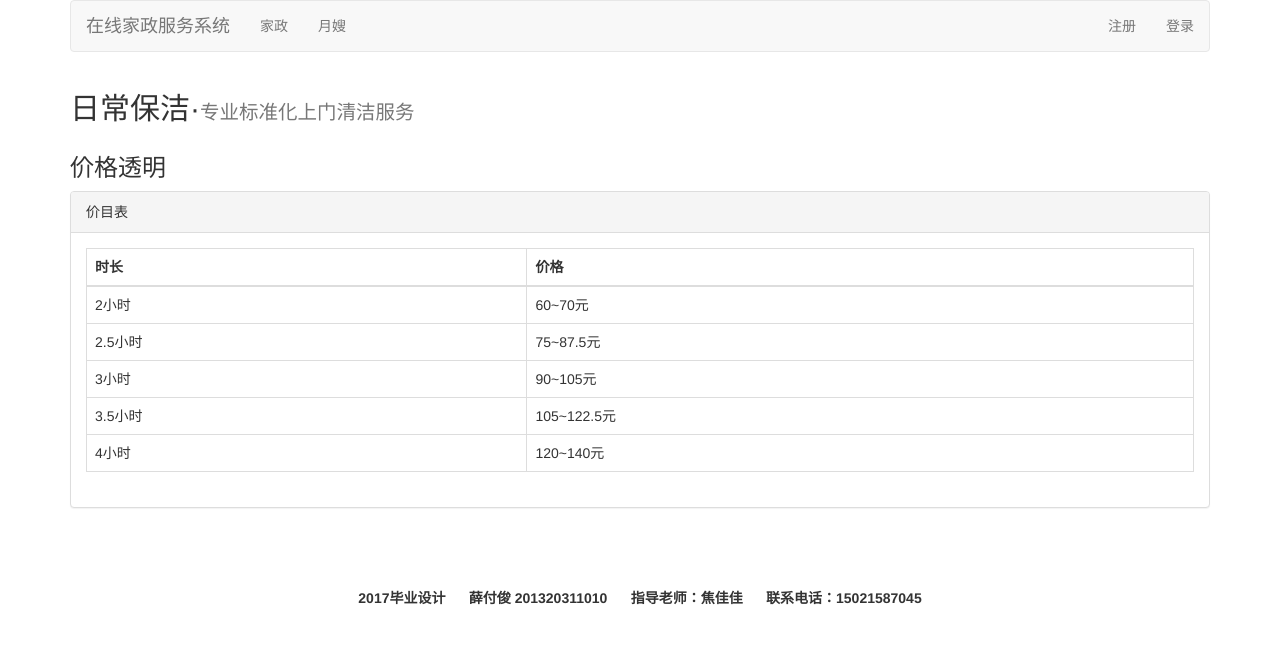
Repository: ELeonCXFJ/MyEclipseWS
Page: http://localhost/MyWeb/jsps/product/keeper/dailywork.jsp
An editor plug-in stored every save of this project. The page is shown before and after a run of saves, followed by the edit.
The browser window is 1280 px wide. The pictures show the whole page.
The page is served by Tomcat 9. Nobody is signed in. The application's start-up code is not run.

Above is the page before, as saved 2017-03-21 05:03:28.

After the next 2 saves:
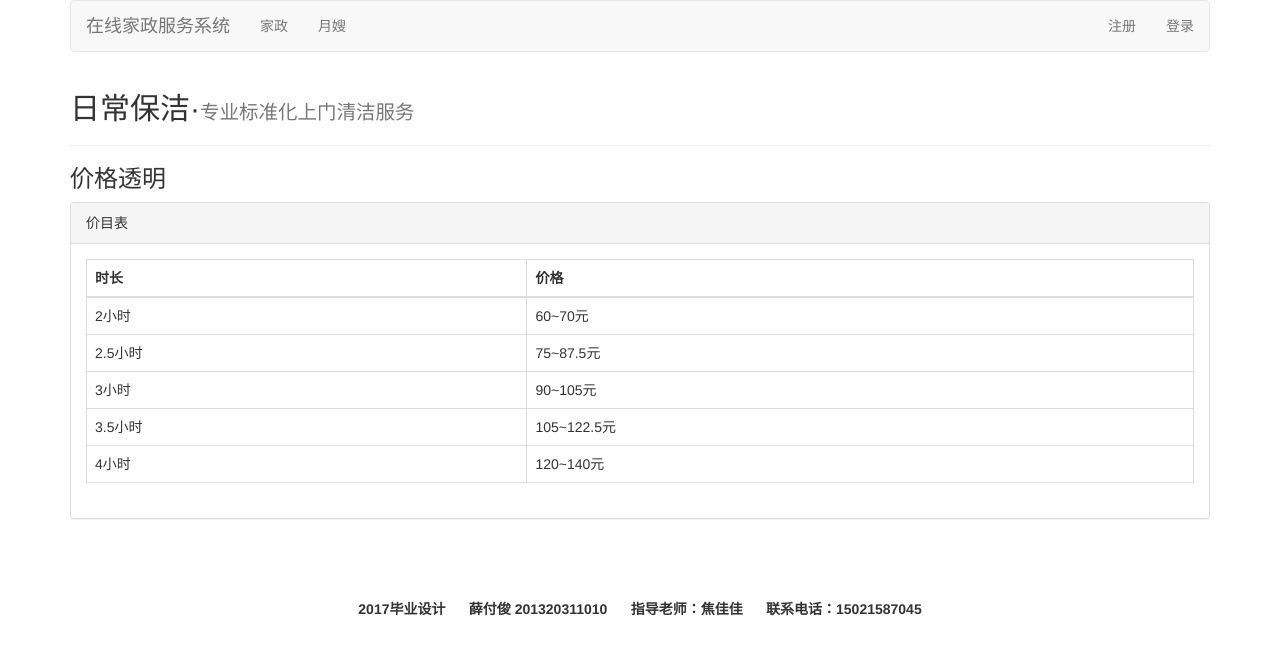
The 2 saves are shown as one change because they came seconds apart.
The last was saved 11 s later.
--- a/MyWeb/WebRoot/jsps/product/keeper/dailywork.jsp
+++ b/MyWeb/WebRoot/jsps/product/keeper/dailywork.jsp
@@ -19,7 +19,7 @@
 
 		<div class="col-lg-12 col-md-12 col-xs-12 col-sm-12">
 			<h2>日常保洁·<small>专业标准化上门清洁服务</small></h2>
-			 <ul class="nav nav-list"> <li class="divider"></li> </ul>
+			<hr>
 			<h3>价格透明</h3>
 			<div class="panel panel-default">
 				<div class="panel-heading">
